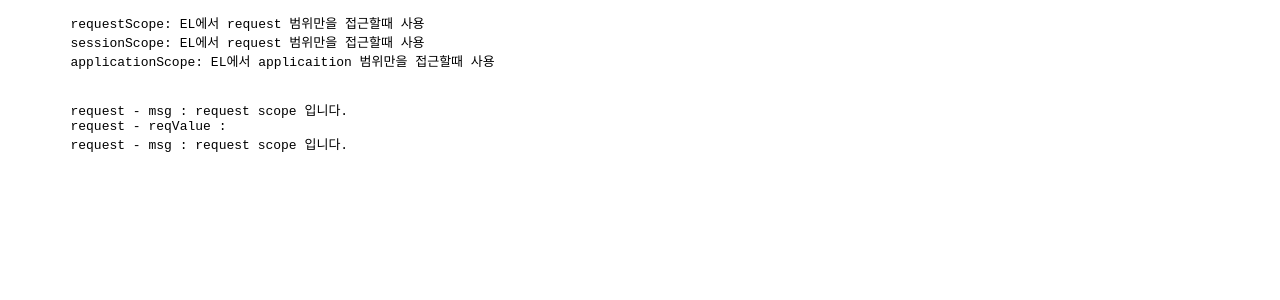
Repository: Seenee-Shin/servlet-jsp
Page: http://localhost/JSPProject/EL/scope
An editor plug-in stored every save of this project. The page is shown before and after the next save, followed by the edit.
The browser window is 1280 px wide. The pictures show the whole page.
The page is served by Tomcat 9.

Above is the page before, as saved 2021-11-29 08:15:19.

After the next save:
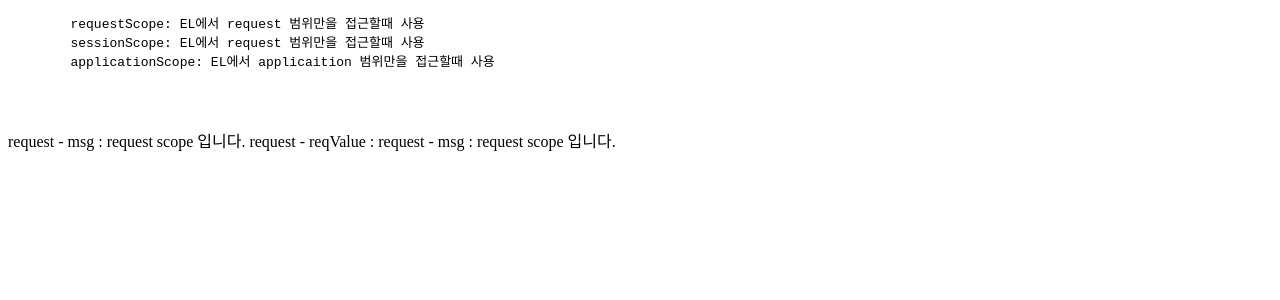
Saved 33 s later.
--- a/JSPProject/src/main/webapp/WEB-INF/views/EL/scopeResult.jsp
+++ b/JSPProject/src/main/webapp/WEB-INF/views/EL/scopeResult.jsp
@@ -13,9 +13,9 @@
 	applicationScope: EL에서 applicaition 범위만을 접근할때 사용
 
 
+	</pre>
 	request - msg : ${requestScope.msg}
 	request - reqValue : ${requestScope.reqValue}
 	request - msg : ${requestScope.msg}
-	</pre>
 </body>
 </html>

After the save that followed:
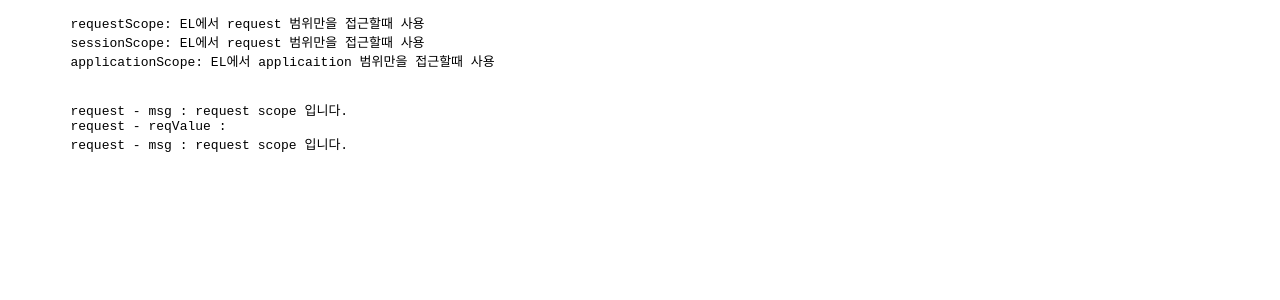
Saved 36 s later.
--- a/JSPProject/src/main/webapp/WEB-INF/views/EL/scopeResult.jsp
+++ b/JSPProject/src/main/webapp/WEB-INF/views/EL/scopeResult.jsp
@@ -13,9 +13,9 @@
 	applicationScope: EL에서 applicaition 범위만을 접근할때 사용
 
 
-	</pre>
 	request - msg : ${requestScope.msg}
 	request - reqValue : ${requestScope.reqValue}
 	request - msg : ${requestScope.msg}
+	</pre>
 </body>
 </html>
